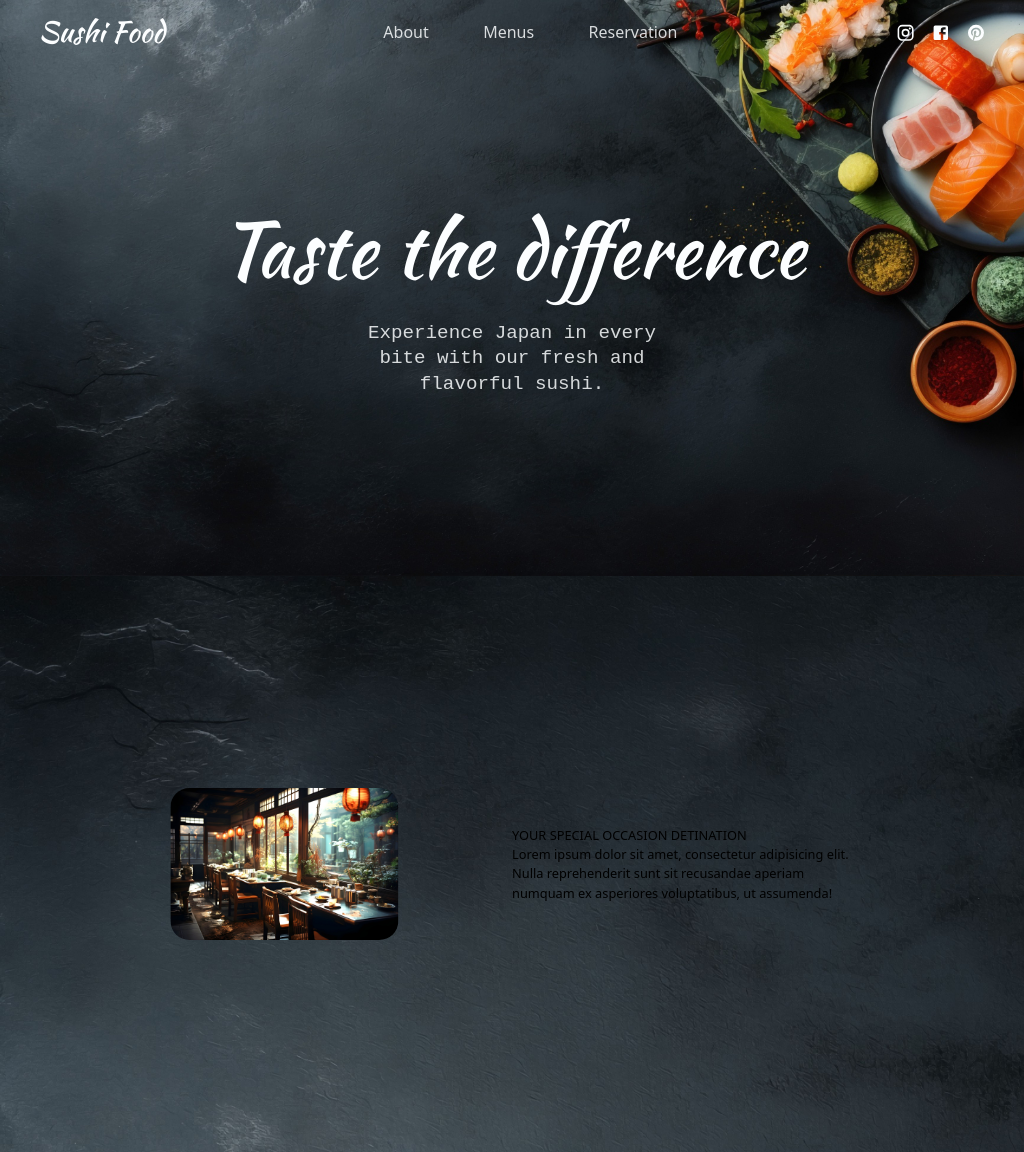
Repository: Adrien-legeleu/sushi-food
Page: /
An editor plug-in stored every save of this project. The page is shown before and after the next save, followed by the edit.
The browser window is 1280 px wide. The pictures show the whole page, at 80% of full size.
Some web fonts or font styles are not loaded; a fallback is used. The project was rebuilt for these pictures with package versions that can differ from the ones it lists, and the page was loaded fresh each time. Also part of the build but not shown: vite.config.ts.

Above is the page before, as saved 2024-04-29 19:42:48.

### src/App.tsx
import { About, Header, Landing } from "./Components"

const App =()=> {
  return (
    <div className="bg-greenBlack h-full w-full">
      <Header/>
      <Landing/>
      <About/>
    </div>
  )
}

export default App

### src/index.css
@import url('https://fonts.googleapis.com/css2?family=Kaushan+Script&family=Nanum+Gothic+Coding&display=swap');

@tailwind base;
@tailwind components;
@tailwind utilities;

*{
    margin: 0;
    padding: 0;
    box-sizing: border-box;
}

### src/Components/index.ts
export * from "./Landing";
export * from "./Header";
export * from "./About";

### src/Components/Landing.tsx
export const Landing =()=>{
    return(
        <div className="h-screen w-full bg-[url('././assets/mainfond.jpg')] bg-cover bg-center-top flex items-center justify-center flex-col gap-10 pt-10">
            <h1 className="font-title text-whiteTitle text-8xl">Taste the difference</h1>
            <p className="text-whiteText font-text text-2xl text-center w-1/3">Experience Japan in every bite with our fresh and flavorful sushi.</p>
        </div>
    )
}

### src/Components/Header.tsx
import InstagramIcon from '@mui/icons-material/Instagram';
import FacebookIcon from '@mui/icons-material/Facebook';
import PinterestIcon from '@mui/icons-material/Pinterest';
export const Header =()=>{
    return (
        <div className='fixed h-20 w-full max-w-[1400px] top-0 left-1/2 -translate-x-1/2 flex justify-between items-center pl-12 pr-12'>
            <h2 className='font-title text-4xl text-whiteTitle'>Sushi Food</h2>
            <ul className='flex items-center gap-5 justify-between text-whiteText text-xl'>
                <li className='cursor-pointer  duration-200 hover:bg-red rounded-full p-6 pt-2 pb-2'>About</li>
                <li className='cursor-pointer  duration-200 hover:bg-red rounded-full p-6 pt-2 pb-2'>Menus</li>
                <li className='cursor-pointer  duration-200 hover:bg-red rounded-full p-6 pt-2 pb-2'>Reservation</li>
            </ul>
            <ul className='flex items-center justify-between gap-5  text-whiteTitle'>
                <li className='cursor-pointer  duration-300 hover:scale-125'>
                    <InstagramIcon/>


                </li>
                <li className='cursor-pointer  duration-300 hover:scale-125'> <FacebookIcon/></li>
                <li className='cursor-pointer  duration-300 hover:scale-125'><PinterestIcon/></li>
            </ul>
        </div>
    )
}

### src/Components/About.tsx
export const About =()=>{
    return(
        <div className="h-screen w-full bg-[url('././assets/fond.jpeg')]  bg-cover bg-center relative flex items-center justify-center ">
            {/* <div className="absolute w-3/4 h-3/4  -top-1/2 left-0">
                <img className="w-full h-full object-contain" src="" alt="cerisier" />
            </div> */}
            <div className="flex items-center w-2/3 h-[90%] ">
                <div className="flex-1">
                    <img className="w-2/3 h-[80%] rounded-3xl object-cover" src="./picture.jpeg" alt="" />
                </div>
                <div className="flex-1">
                    <h4>YOUR SPECIAL OCCASION DETINATION</h4>
                    <p>Lorem ipsum dolor sit amet, consectetur adipisicing elit. Nulla reprehenderit sunt sit recusandae aperiam numquam ex asperiores voluptatibus, ut assumenda!</p>
                </div>
            </div>
        </div>
    )
}

### tailwind.config.js
/** @type {import('tailwindcss').Config} */
export default {
  content: ["./index.html", "./src/**/*.{js,ts,jsx,tsx}"],
  theme: {
    extend: {
      backgroundColor: {
        redBlack: "#0B1517",
      },
      colors: {
        red: "#DD2B2D",
        whiteTitle: "#FCFEFF",
        whiteText: "#FCFEFFD5",
      },
    },
    fontFamily: {
      title: ["Kaushan Script", "cursive"],
      text: ["Nanum Gothic Coding", "monospace"],
    },
  },
  plugins: [],
};

Loaded but not shown: index.html (common file); src/main.tsx (common file)

After the next save:
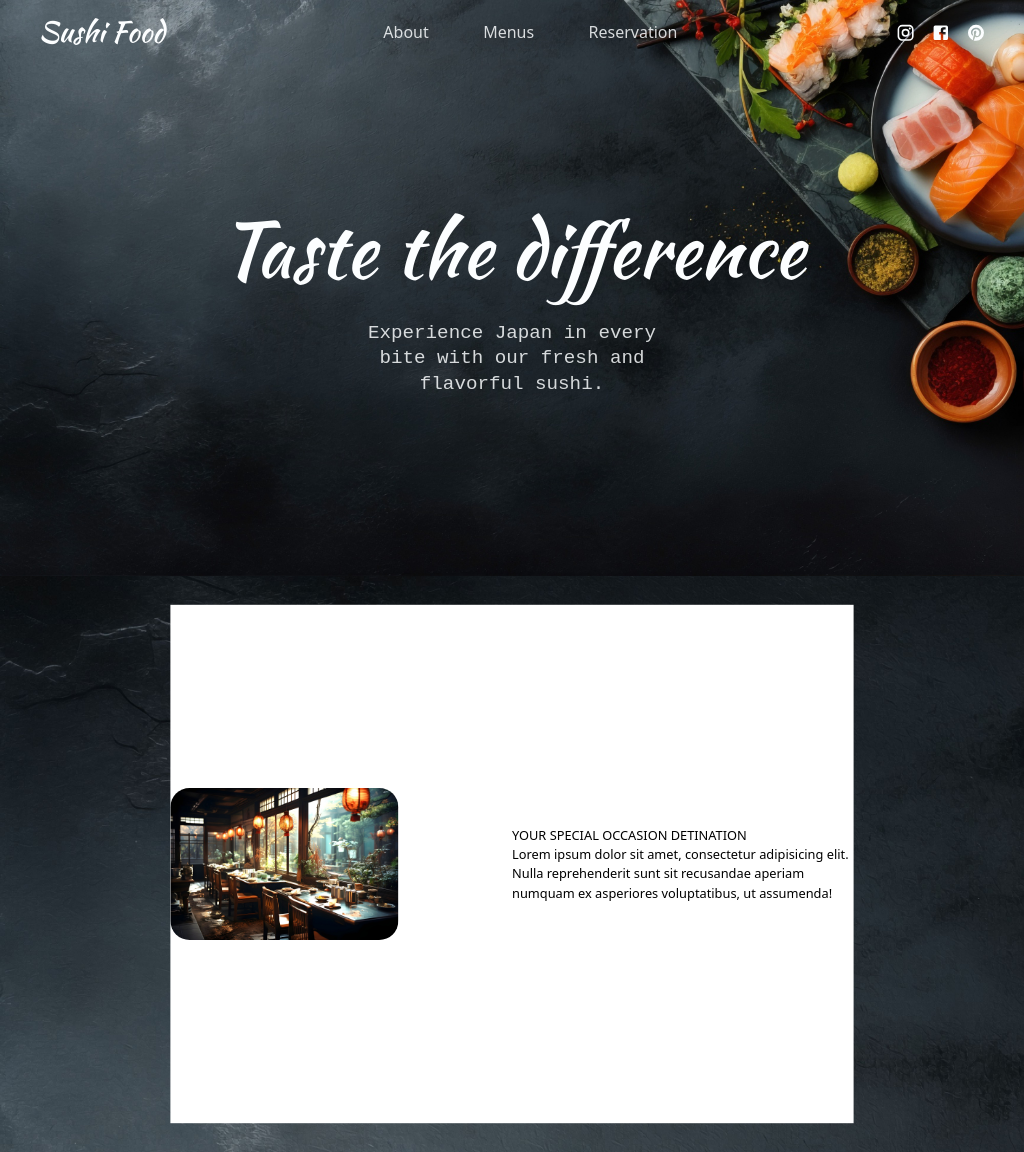
Saved 18 s later.
--- a/src/Components/About.tsx
+++ b/src/Components/About.tsx
@@ -4,7 +4,7 @@
             {/* <div className="absolute w-3/4 h-3/4  -top-1/2 left-0">
                 <img className="w-full h-full object-contain" src="" alt="cerisier" />
             </div> */}
-            <div className="flex items-center w-2/3 h-[90%] ">
+            <div className="flex items-center bg-white w-2/3 h-[90%] ">
                 <div className="flex-1">
                     <img className="w-2/3 h-[80%] rounded-3xl object-cover" src="./picture.jpeg" alt="" />
                 </div>

After the save that followed:
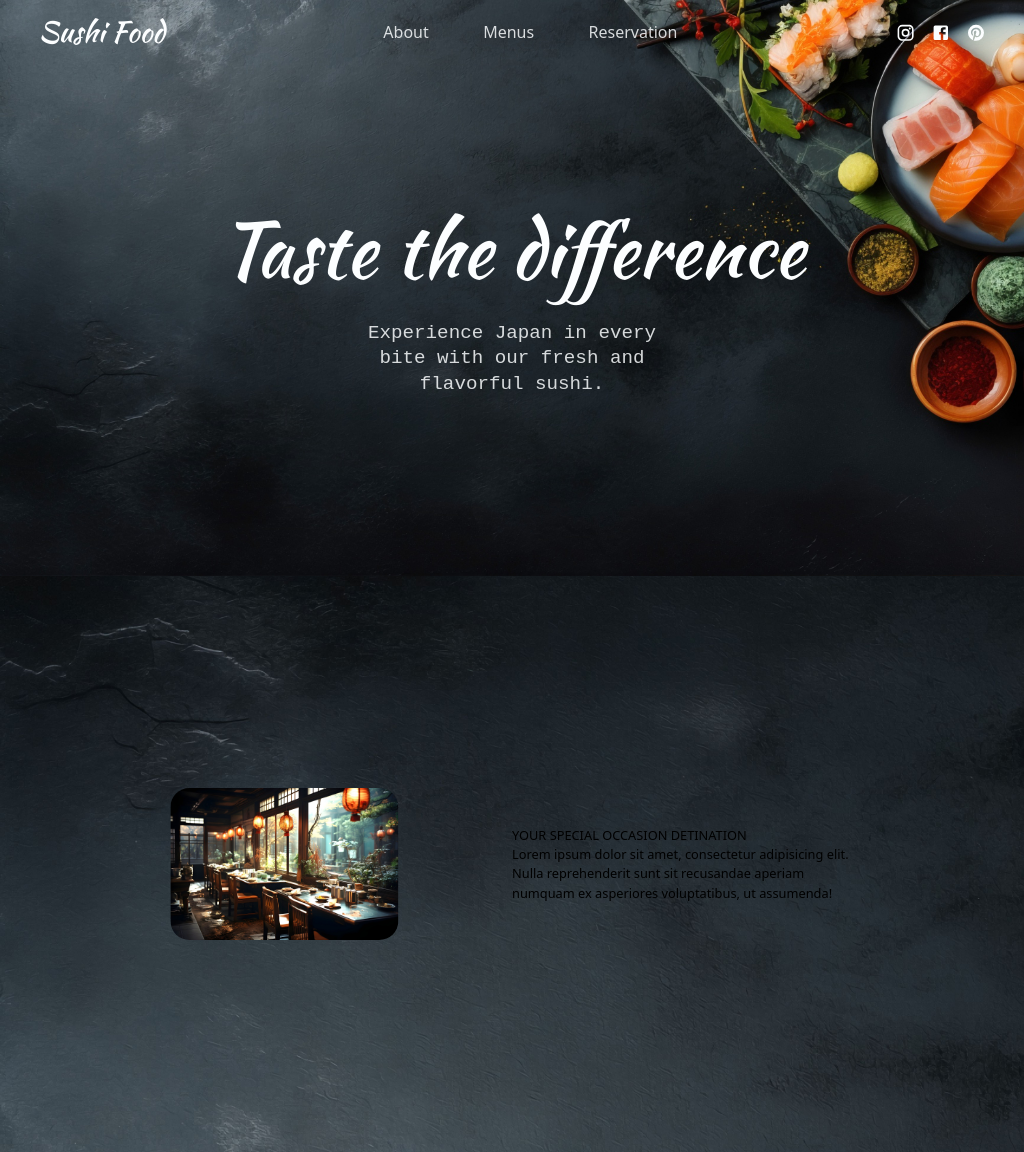
Saved 11 s later.
--- a/src/Components/About.tsx
+++ b/src/Components/About.tsx
@@ -4,8 +4,8 @@
             {/* <div className="absolute w-3/4 h-3/4  -top-1/2 left-0">
                 <img className="w-full h-full object-contain" src="" alt="cerisier" />
             </div> */}
-            <div className="flex items-center bg-white w-2/3 h-[90%] ">
-                <div className="flex-1">
+            <div className="flex items-center w-2/3 h-[90%] ">
+                <div className="flex-1 w-full">
                     <img className="w-2/3 h-[80%] rounded-3xl object-cover" src="./picture.jpeg" alt="" />
                 </div>
                 <div className="flex-1">
